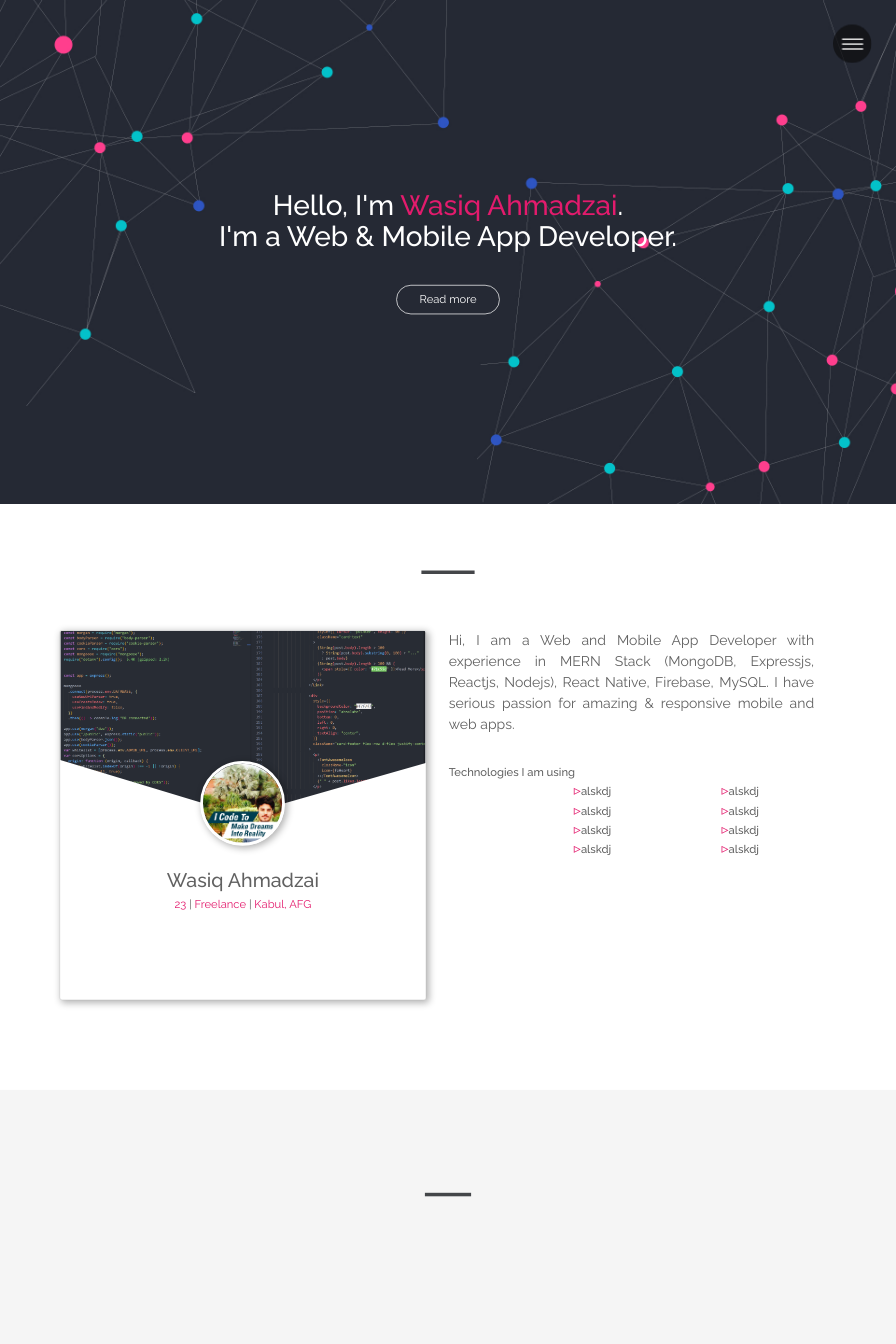
Repository: wasiqkhan/wasiqkhan.github.io
Page: index.html
The author's editor kept a copy of each file at every save. The page is drawn from the files as they stood at one save, then again after the next save.
The browser window is 1280 px wide. The pictures show the part of the page from y = 0 to 1920 px (the page is 5002 px tall), at 70% of full size.
Some web fonts or font styles are not loaded; a fallback is used.

Above is the page before, as saved 2020-11-06 17:47:47.
Not found: js/all.js
Not found: js/app.js
Not found: js/particles.js

After the next save:
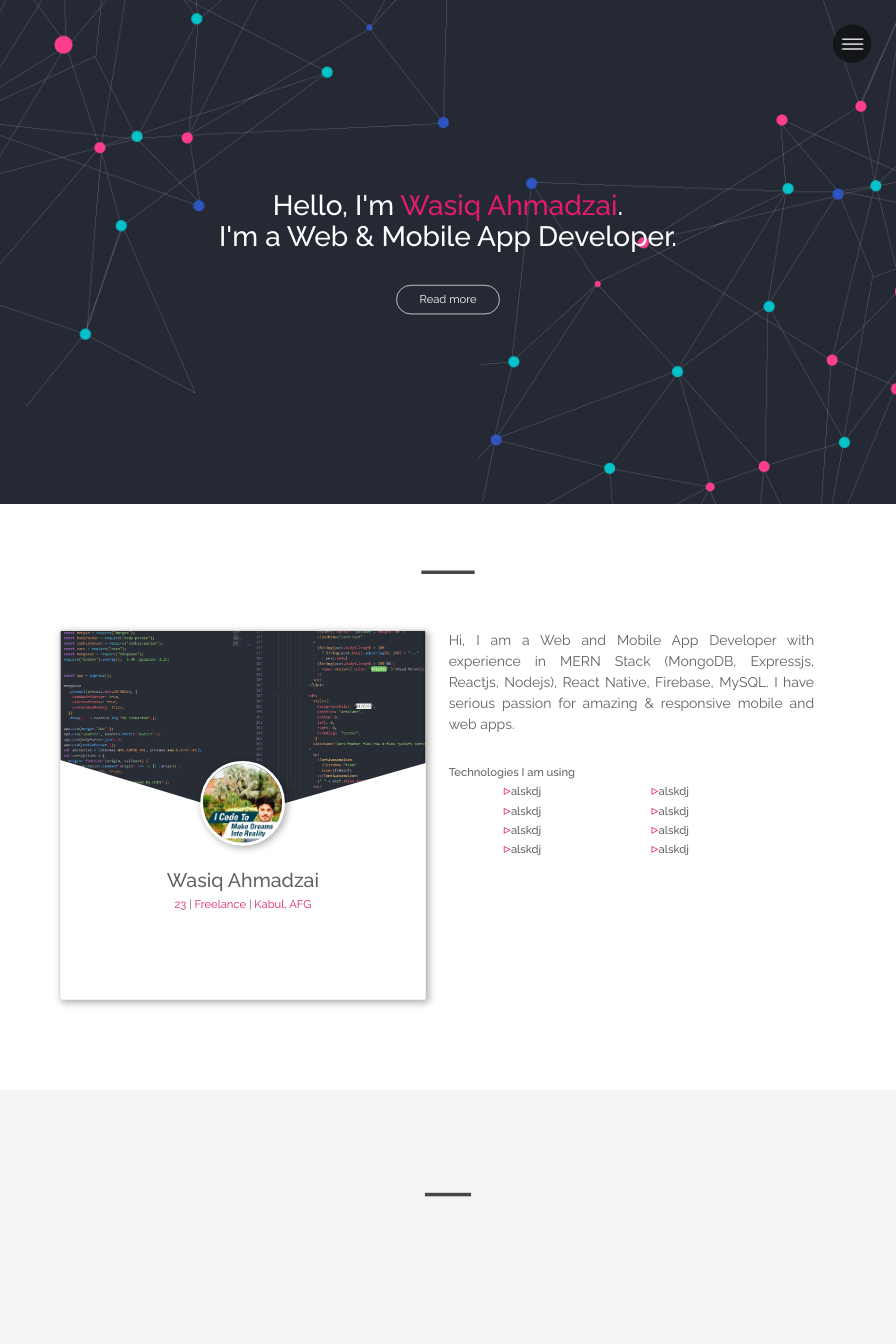
Saved 8 s later.
--- a/css/style.css
+++ b/css/style.css
@@ -445,7 +445,7 @@ a {
 .skill-items {
   display: flex;
   justify-content: flex-start;
-  margin-left: 100px;
+  margin-right: 100px;
   /* padding: 1rem; */
   /* margin-top: 40px; */
 }
